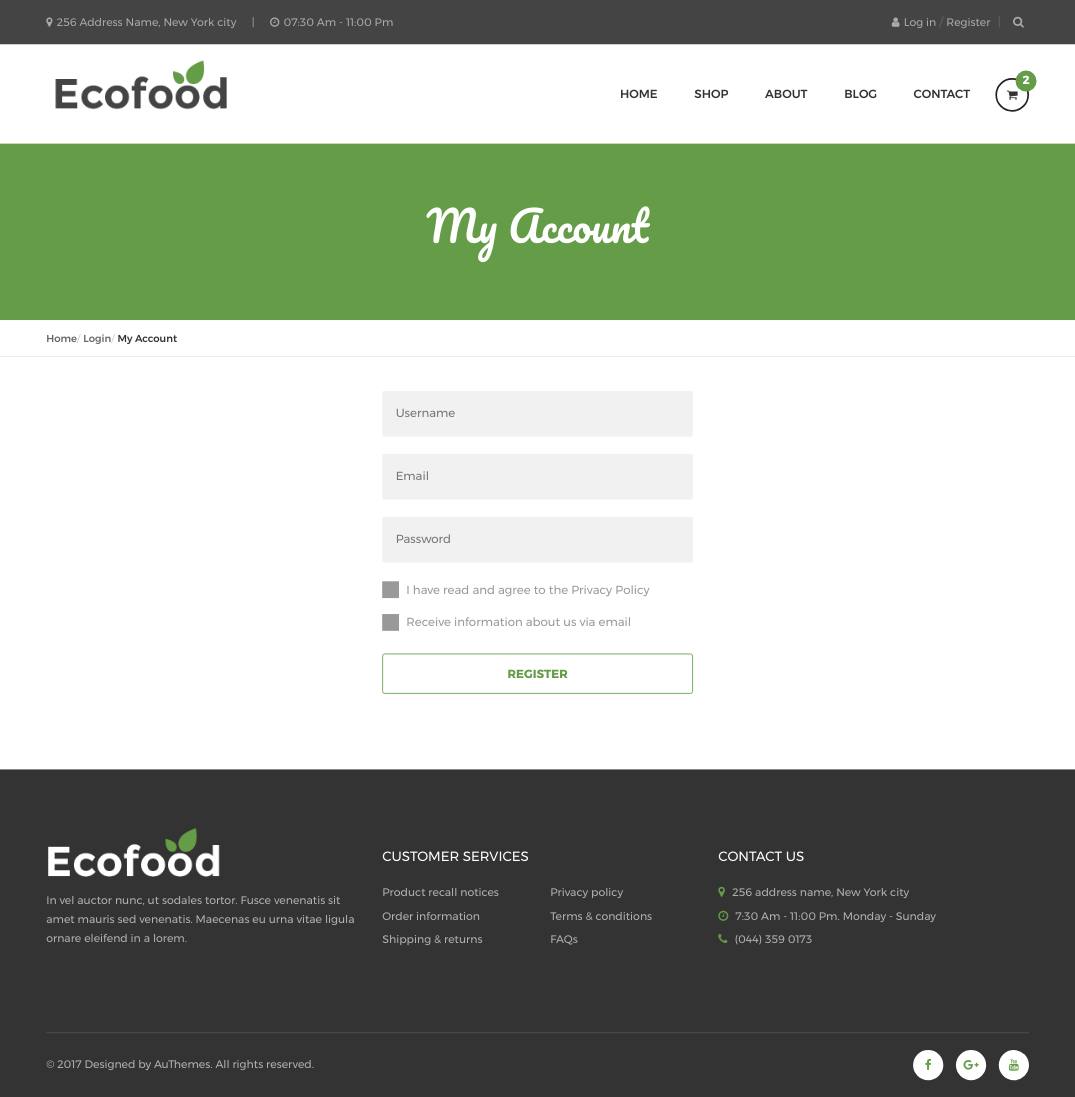
Repository: riteshyadav7878/ecofood
Page: http://localhost/register.php
An editor plug-in stored every save of this project. The page is shown before and after the next save, followed by the edit.
The browser window is 1280 px wide. The pictures show the whole page, at 84% of full size.
The page is run by PHP 8.4 with error messages shown; the project is at /var/www/html/. Other server files are loaded and not shown.

Above is the page before, as saved 2024-09-10 11:30:04.

### register.php
<!-- Backend -->
<?php
// Start session
session_start();

// Database connection
$conn = new mysqli('localhost', 'root', '', 'ecofood');

// Check connection
if ($conn->connect_error) {
    die("Connection failed: " . $conn->connect_error);
}

// Handling form submission
if ($_SERVER["REQUEST_METHOD"] == "POST") {
    // Get form data
    $username = $conn->real_escape_string(trim($_POST['username']));
    $email = $conn->real_escape_string(trim($_POST['email']));
    $password = $conn->real_escape_string(trim($_POST['password']));
    $receive_email_updates = isset($_POST['email-updates']) ? 1 : 0;

    // Password hashing for security
    $hashed_password = password_hash($password, PASSWORD_BCRYPT);

    // SQL query to insert data into the database
    $sql = "INSERT INTO user (username, email, password, receive_email_updates)
            VALUES ('$username', '$email', '$hashed_password', $receive_email_updates)";

    // Execute query
    if ($conn->query($sql) === TRUE) {
        // Redirect to login page after successful registration
        header("Location: login.php");
        exit();
    } else {
        echo "Error: " . $sql . "<br>" . $conn->error;
    }
}

// Close connection
$conn->close();
?>


<!DOCTYPE html>
<html class="no-js" lang="en">
<head>
    <meta charset="UTF-8">
    <title>Register - Ecofood HTML5 Templates</title>
    <meta name="description" content="Ecofood theme template">
    <meta name="author" content="AuCreative">
    <meta name="keywords" content="Ecofood theme template">
    <meta name="viewport" content="width=device-width, initial-scale=1">

    <link href="fonts/fonts.css" rel="stylesheet">
    <link href="vendor/font-awesome/css/font-awesome.min.css" rel="stylesheet">
    <link href="vendor/bootstrap/dist/css/bootstrap.min.css" rel="stylesheet">
    <link href="vendor/css-hamburgers/dist/hamburgers.min.css" rel="stylesheet">
    <link href="vendor/malihu-custom-scrollbar-plugin/jquery.mCustomScrollbar.css" rel="stylesheet">
    <link href="vendor/animate.css/animate.min.css" rel="stylesheet">
    <link href="css/main.css" rel="stylesheet">
    <link href="css/switcher.css" rel="stylesheet">
    <link href="css/colors/green.css" rel="stylesheet" id="colors">
    <link href="css/retina.css" rel="stylesheet">
    <link rel="shortcut icon" href="favicon.png">
    <link rel="apple-touch-icon" href="apple-touch-icon.png">
    <link rel="apple-touch-icon" sizes="72x72" href="apple-touch-icon-72x72.png">
    <link rel="apple-touch-icon" sizes="114x114" href="apple-touch-icon-114x114.png">
    <script src="js/modernizr-custom.js"></script>
</head>
<body>
    <div class="page-loader">
        <div class="loader"></div>
    </div>
    <div id="switcher">
        <!-- Switcher content here -->
    </div>
    <header>
        <!-- Header content here -->
    </header>
    <header>

<!--    Navbar -->



<div class="section dark-background">
<div class="container">
<div class="header-2">
<div class="header-left">
<p>
<i class="fa fa-map-marker"></i>256 Address Name, New York city
<span>|</span>
<i class="fa fa-clock-o"></i>07:30 Am - 11:00 Pm</p>
</div>
<div class="header-right">
<div class="header-login">
<a href="login.php">
<i class="fa fa-user"></i>Log in</a>
<span>/</span>
<a href="register.php">Register</a>

</div>
<span class="divider">|</span>
<div class="header-search">
<button class="fa fa-search"></button>
<div class="search-box">
<input type="text" placeholder="Search..." />
</div>
</div>
</div>
</div>
</div>
</div>

</header>

    <!-- Include Navbar -->
    <?php include 'Navbar.php'; ?>

    <section>
        <div class="section primary-color-background">
            <div class="container">
                <div class="p-t-70 p-b-85">
                    <div class="heading-page-1">
                        <h3>My Account</h3>
                    </div>
                </div>
            </div>
        </div>
        <div class="section border-bottom-grey">
            <div class="container">
                <div class="breadcrumb-1">
                    <ul>
                        <li><a href="index.php">Home</a></li>
                        <li><a href="login.php">Login</a></li>
                        <li><a href="register.php">My Account</a></li>
                    </ul>
                </div>
            </div>
        </div>
    </section>

    <div class="page-content p-t-40 p-b-90">
        <div class="container">
            <div class="row">
                <div class="col-md-4 col-md-push-4">
                    <div class="register-1">
                        <form class="theme-form" action="register.php" method="post" id="registerForm">
                            <input class="theme-input-text" type="text" name="username" id="username" placeholder="Username" />
                            <span class="error-message" id="usernameError"></span>

                            <input class="theme-input-text" type="email" name="email" id="email" placeholder="Email" />
                            <span class="error-message" id="emailError"></span>

                            <input class="theme-input-text" type="password" name="password" id="password" placeholder="Password" />
                            <span class="error-message" id="passwordError"></span>

                            <div class="theme-checkbox">
                                <div class="item theme-input-chk">
                                    <input type="checkbox" id="privacy" required />
                                    <label for="privacy"></label>
                                    <span>I have read and agree to the Privacy Policy</span>
                                </div>
                                <div class="item theme-input-chk">
                                    <input type="checkbox" id="email-updates" name="email-updates" />
                                    <label for="email-updates"></label>
                                    <span>Receive information about us via email</span>
                                </div>
                            </div>
                            <button class="au-btn au-btn-border au-btn-radius btn-block btn-submit" type="submit">REGISTER</button>
                        </form>
                    </div>
                </div>
            </div>
        </div>
    </div>


    <!-- Include Footer -->
    <?php include 'Footer.php'; ?>

    <div id="up-to-top">
        <i class="fa fa-angle-up"></i>
    </div>

    <script src="vendor/jquery/dist/jquery.min.js"></script>
    <script src="vendor/bootstrap/dist/js/bootstrap.min.js"></script>
    <script src="vendor/retinajs/dist/retina.min.js"></script>
    <script src="vendor/SmoothScroll/SmoothScroll.js"></script>
    <script src="js/switcher-custom.js"></script>
    <script src="js/owl-custom.js"></script>
    <script>
        document.getElementById('registerForm').addEventListener('submit', function(event) {
            var valid = true;

            // Get input fields
            var username = document.getElementById('username');
            var email = document.getElementById('email');
            var password = document.getElementById('password');

            // Get error message spans
            var usernameError = document.getElementById('usernameError');
            var emailError = document.getElementById('emailError');
            var passwordError = document.getElementById('passwordError');

            // Clear previous error messages and border styles
            usernameError.textContent = '';
            emailError.textContent = '';
            passwordError.textContent = '';
            username.classList.remove('error');
            email.classList.remove('error');
            password.classList.remove('error');

            // Validation
            if (username.value.trim() === '') {
                valid = false;
                usernameError.textContent = 'Username is required';
                username.classList.add('error');
            }

            if (email.value.trim() === '') {
                valid = false;
                emailError.textContent = 'Email is required';
                email.classList.add('error');
            }

            if (password.value.trim() === '') {
                valid = false;
                passwordError.textContent = 'Password is required';
                password.classList.add('error');
            }

            // Alert if not valid
            if (!valid) {
                alert('Please fill out all required fields.');
                event.preventDefault();
            }
        });
    </script>
    <script src="js/main.js"></script>
</body>
</html>

### Footer.php
<footer>

<div class="footer-1 footer-2">
<div class="container">
<div class="row">
<div class="col-md-4 col-sm-4">
<div class="footer-introduce">
<div class="footer-logo">
<img src="images/icons/ic-logo-02.png" alt="logo ecofood" />
</div>
<div class="footer-intro">
<p>In vel auctor nunc, ut sodales tortor. Fusce venenatis sit amet mauris sed venenatis. Maecenas eu urna vitae ligula ornare eleifend in a lorem.</p>
</div>
</div>
</div>
<div class="col-md-4 col-sm-4">
<div class="footer-services">
<div class="footer-heading">
<h3>CUSTOMER SERVICES</h3>
</div>
<div class="row">
<div class="col-md-6">
<ul>
<li>
<a href="#">Product recall notices</a>
</li>
<li>
<a href="#">Order information</a>
</li>
<li>
<a href="#">Shipping & returns</a>
</li>
</ul>
</div>
<div class="col-md-6">
<ul>
<li>
<a href="#">Privacy policy</a>
</li>
<li>
<a href="#">Terms & conditions</a>
</li>
<li>
<a href="#">FAQs</a>
</li>
</ul>
</div>
</div>
</div>
</div>
<div class="col-md-4 col-sm-4">
<div class="footer-contact">
<div class="footer-heading">
<h3>CONTACT US</h3>
</div>
<ul>
<li>
<i class="fa fa-map-marker"></i>
<span>256 address name, New York city</span>
</li>
<li>
<i class="fa fa-clock-o"></i>
<span>7:30 Am - 11:00 Pm. Monday - Sunday</span>
</li>
<li>
<i class="fa fa-phone"></i>
<span>(044) 359 0173</span>
</li>
</ul>
</div>
</div>
</div>
<div class="footer-bottom">
<div class="footer-copyright">
<p>© 2017 Designed by AuThemes. All rights reserved.</p>
</div>
<ul class="footer-socials">
<li>
<a class="fa fa-facebook" href="#"></a>
</li>
<li>
<a class="fa fa-google-plus" href="#"></a>
</li>
<li>
<a class="fa fa-youtube" href="#"></a>
</li>
</ul>
</div>
</div>
</div>

</footer>

### css/retina.css
@media all and (-webkit-min-device-pixel-ratio:1.5){}

Loaded but not shown: css/main.css (library); css/colors/green.css (library); js/modernizr-custom.js (library); js/main.js (8 lines, source omitted); js/owl-custom.js (2 lines, source omitted); js/revo-slider-custom.js (2 lines, source omitted); js/switcher-custom.js (1 lines, source omitted); Navbar.php (178 lines, source omitted); css/switcher.css (1 lines, source omitted); fonts/fonts.css (1 lines, source omitted)

After the next save:
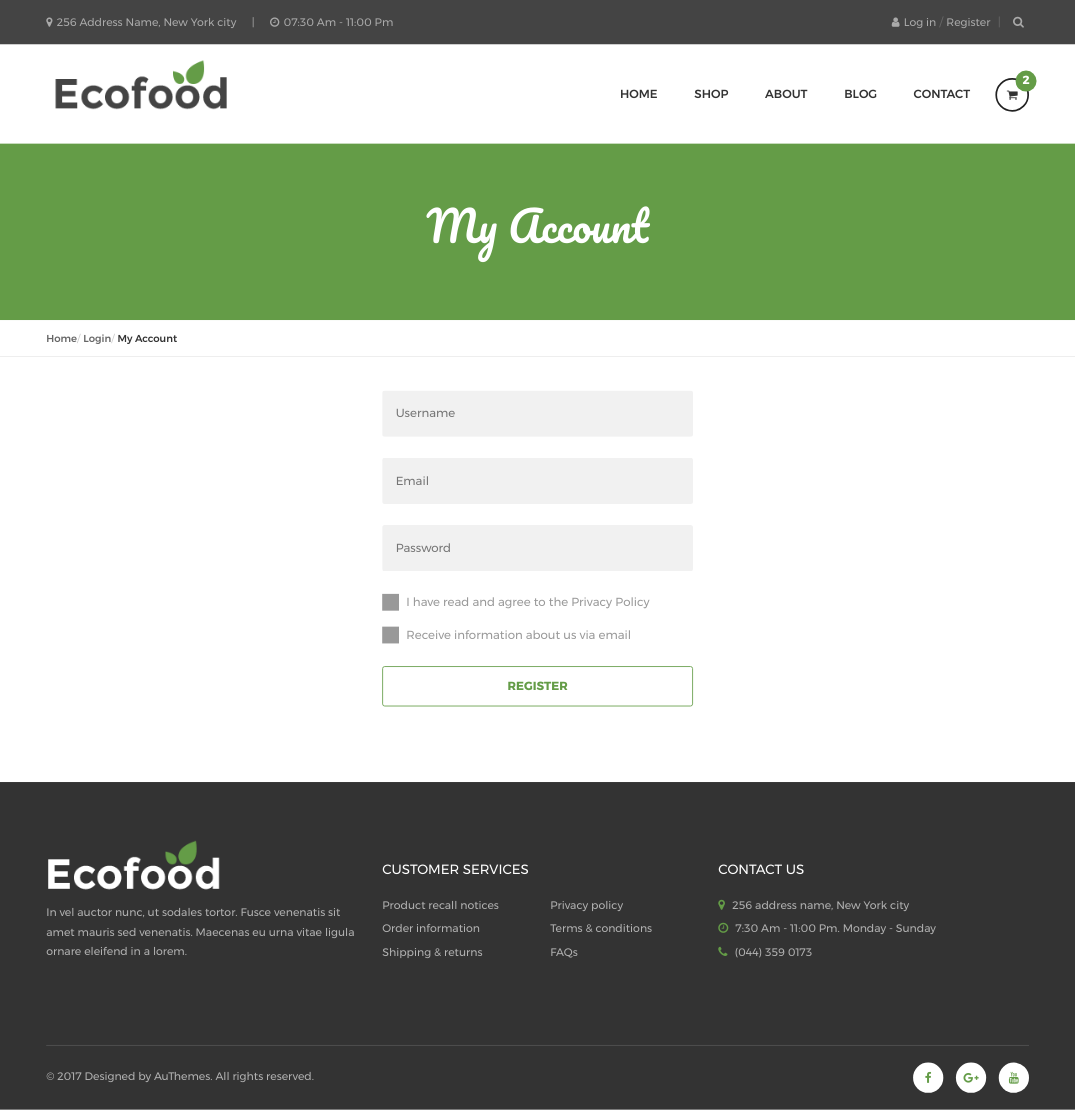
Saved 20 s later.
--- a/register.php
+++ b/register.php
@@ -66,6 +66,18 @@
     <link rel="apple-touch-icon" sizes="72x72" href="apple-touch-icon-72x72.png">
     <link rel="apple-touch-icon" sizes="114x114" href="apple-touch-icon-114x114.png">
     <script src="js/modernizr-custom.js"></script>
+    <style>
+        .error-message {
+            color: red;
+            font-size: 0.9em;
+            display: block;
+            margin-top: 5px;
+        }
+
+        .theme-input-text.error {
+            border: 1px solid red;
+        }
+    </style>
 </head>
 <body>
     <div class="page-loader">

After the save that followed:
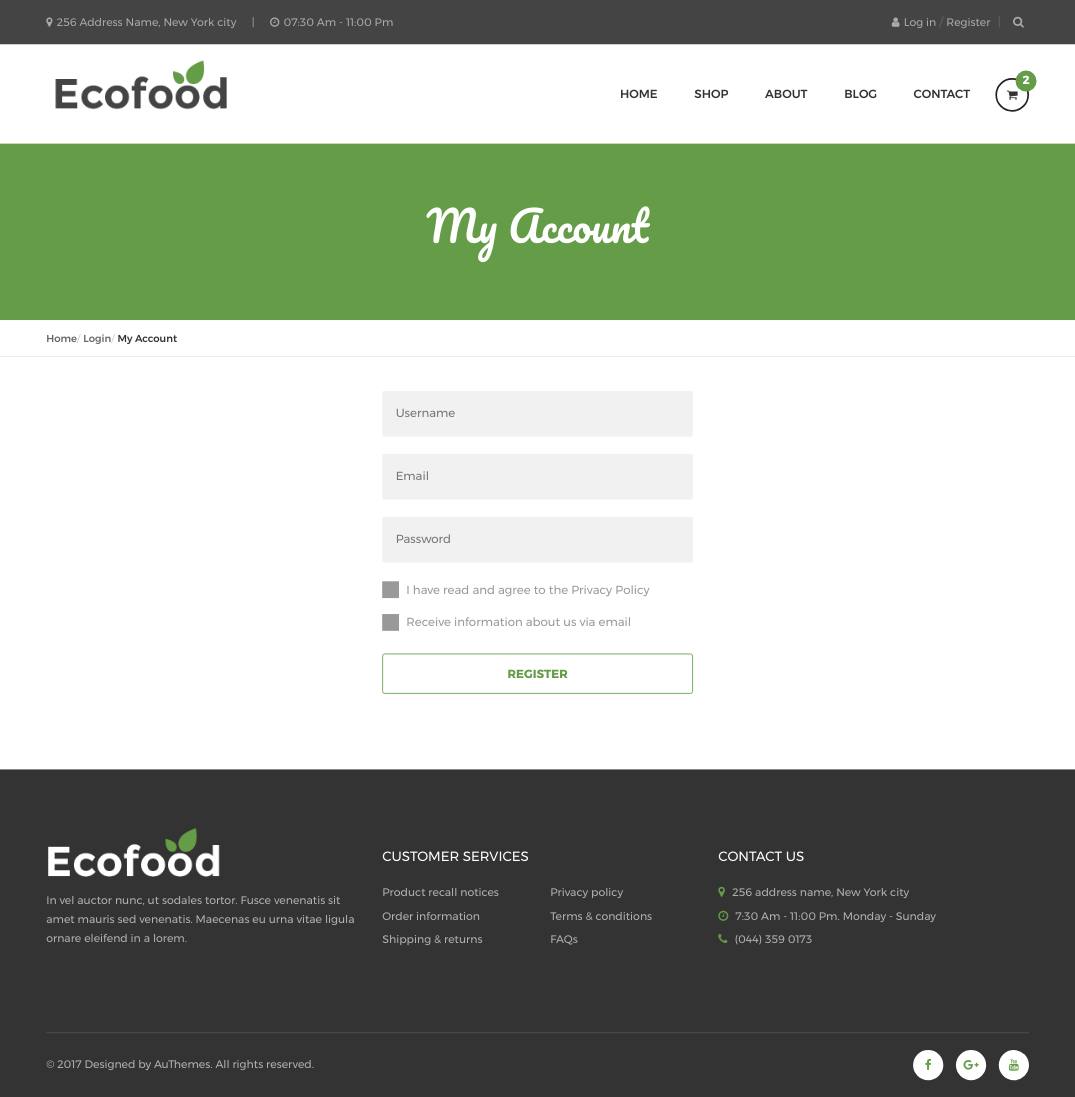
Saved 55 s later.
--- a/register.php
+++ b/register.php
@@ -66,18 +66,6 @@
     <link rel="apple-touch-icon" sizes="72x72" href="apple-touch-icon-72x72.png">
     <link rel="apple-touch-icon" sizes="114x114" href="apple-touch-icon-114x114.png">
     <script src="js/modernizr-custom.js"></script>
-    <style>
-        .error-message {
-            color: red;
-            font-size: 0.9em;
-            display: block;
-            margin-top: 5px;
-        }
-
-        .theme-input-text.error {
-            border: 1px solid red;
-        }
-    </style>
 </head>
 <body>
     <div class="page-loader">
@@ -157,35 +145,31 @@
             <div class="row">
                 <div class="col-md-4 col-md-push-4">
                     <div class="register-1">
-                        <form class="theme-form" action="register.php" method="post" id="registerForm">
-                            <input class="theme-input-text" type="text" name="username" id="username" placeholder="Username" />
-                            <span class="error-message" id="usernameError"></span>
+                    <form class="theme-form" action="register.php" method="post">
+                        <input class="theme-input-text" type="text" name="username" placeholder="Username" required />
+                        <input class="theme-input-text" type="email" name="email" placeholder="Email" required />
+                        <input class="theme-input-text" type="password" name="password" placeholder="Password" required />
+                        <div class="theme-checkbox">
+                            <div class="item theme-input-chk">
+                                <input type="checkbox" id="privacy" required />
+                                <label for="privacy"></label>
+                                <span>I have read and agree to the Privacy Policy</span>
+                            </div>
+                            <div class="item theme-input-chk">
+                                <input type="checkbox" id="email-updates" name="email-updates" />
+                                <label for="email-updates"></label>
+                                <span>Receive information about us via email</span>
+                            </div>
+                        </div>
+                        <button class="au-btn au-btn-border au-btn-radius btn-block btn-submit" type="submit">REGISTER</button>
+                    </form>
 
-                            <input class="theme-input-text" type="email" name="email" id="email" placeholder="Email" />
-                            <span class="error-message" id="emailError"></span>
-
-                            <input class="theme-input-text" type="password" name="password" id="password" placeholder="Password" />
-                            <span class="error-message" id="passwordError"></span>
-
-                            <div class="theme-checkbox">
-                                <div class="item theme-input-chk">
-                                    <input type="checkbox" id="privacy" required />
-                                    <label for="privacy"></label>
-                                    <span>I have read and agree to the Privacy Policy</span>
-                                </div>
-                                <div class="item theme-input-chk">
-                                    <input type="checkbox" id="email-updates" name="email-updates" />
-                                    <label for="email-updates"></label>
-                                    <span>Receive information about us via email</span>
-                                </div>
-                            </div>
-                            <button class="au-btn au-btn-border au-btn-radius btn-block btn-submit" type="submit">REGISTER</button>
-                        </form>
                     </div>
                 </div>
             </div>
         </div>
     </div>
+
 
 
     <!-- Include Footer -->
@@ -201,54 +185,6 @@
     <script src="vendor/SmoothScroll/SmoothScroll.js"></script>
     <script src="js/switcher-custom.js"></script>
     <script src="js/owl-custom.js"></script>
-    <script>
-        document.getElementById('registerForm').addEventListener('submit', function(event) {
-            var valid = true;
-
-            // Get input fields
-            var username = document.getElementById('username');
-            var email = document.getElementById('email');
-            var password = document.getElementById('password');
-
-            // Get error message spans
-            var usernameError = document.getElementById('usernameError');
-            var emailError = document.getElementById('emailError');
-            var passwordError = document.getElementById('passwordError');
-
-            // Clear previous error messages and border styles
-            usernameError.textContent = '';
-            emailError.textContent = '';
-            passwordError.textContent = '';
-            username.classList.remove('error');
-            email.classList.remove('error');
-            password.classList.remove('error');
-
-            // Validation
-            if (username.value.trim() === '') {
-                valid = false;
-                usernameError.textContent = 'Username is required';
-                username.classList.add('error');
-            }
-
-            if (email.value.trim() === '') {
-                valid = false;
-                emailError.textContent = 'Email is required';
-                email.classList.add('error');
-            }
-
-            if (password.value.trim() === '') {
-                valid = false;
-                passwordError.textContent = 'Password is required';
-                password.classList.add('error');
-            }
-
-            // Alert if not valid
-            if (!valid) {
-                alert('Please fill out all required fields.');
-                event.preventDefault();
-            }
-        });
-    </script>
     <script src="js/main.js"></script>
 </body>
 </html>
